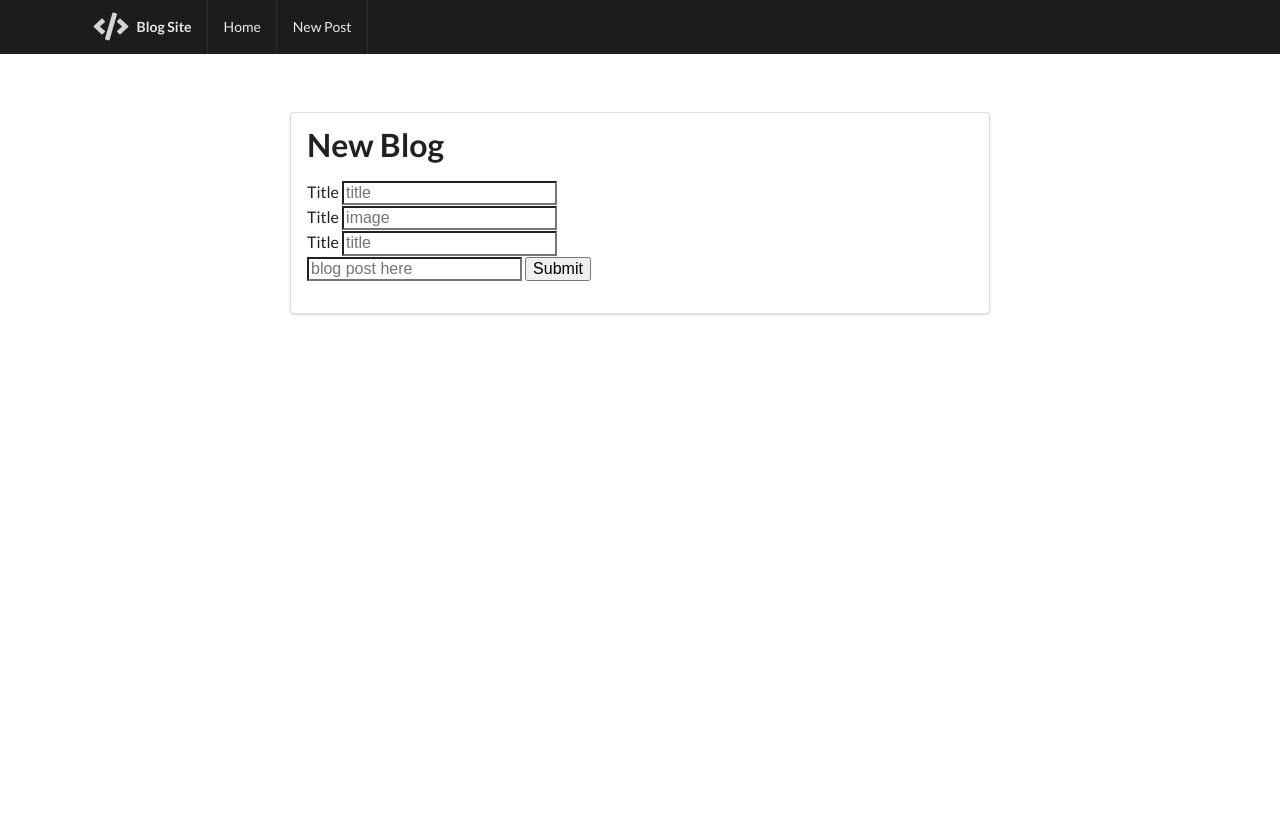
Repository: HuakunShen/LearnWeb
Page: http://localhost/blogs/new
The author's editor kept a record of every edit. The page is drawn from the files as they stood at one moment, then again after the next edit.
The browser window is 1280 px wide. The pictures show the whole page.
The page is served by the project's Node server (BlogApp/app.js).

Above is the page before.

### workspace/BlogApp/views/new.ejs
<% include ./partials/header %>
<div class="ui main text container segment">
    <div class="ui huge header">New Blog</div>
    <form action="/blogs" method="POST">
        <div class="field">
            <label>Title</label>
            <input type="text" name="blog[title]" placeholder="title">
        </div>
        <div class="field">
            <label>Title</label>
            <input type="text" name="blog[image]" placeholder="image">
        </div>
        <div class="field">
            <label>Title</label>
            <input type="text" name="blog[title]" placeholder="title">
        </div>

        <input type="text" name="blog[body]" placeholder="blog post here">
        <input type="submit">
    </form>
</div>

<% include ./partials/header %>

### workspace/BlogApp/views/partials/header.ejs
<html>
    <head>
        <title>Blog App</title>
        <link rel="stylesheet" href="https://cdnjs.cloudflare.com/ajax/libs/semantic-ui/2.4.1/semantic.min.css" />
        <link rel="stylesheet" type="text/css" href="/stylesheets/app.css">

    </head>
    <body>
        <div class="ui fixed inverted menu">
            <div class="ui container">
                <div class="header item"><i class="code icon"></i>Blog Site</div>
                <a href="/" class="item">Home</a>
                <a href="/blogs/new" class="item">New Post</a>
            </div>

        </div>

### workspace/BlogApp/app.js
const express = require("express"),
app = express(),
methodOverride = require("method-override"),
bodyParser = require("body-parser"),
mongoose = require("mongoose");

mongoose.connect("mongodb://localhost:27017/blog_app", { useNewUrlParser: true });
app.set("view engine", "ejs");
app.use(express.static("public"));
// app.use('/public', express.static("public"));
app.use(bodyParser.urlencoded({extended: true}));
app.use(methodOverride("_method"));

//Mongoose model config
const blogSchema = new mongoose.Schema({
    title: String,
    image: String,
    body: String,
    created: {type: Date, default: Date.now}
});

const Blog = mongoose.model("Blog", blogSchema);

// Blog.create({
//     title: "Motor",
//     image: "https://images.unsplash.com/photo-1558981420-bf351ce8e3ca?ixlib=rb-1.2.1&ixid=eyJhcHBfaWQiOjEyMDd9&auto=format&fit=crop&w=600&q=60",
//     body: "Hello Motor"
// });



// RESTful Routes
app.get("/", function(req, res){
    res.redirect("/blogs");
});

// Index Route
app.get("/blogs", function(req, res){
    Blog.find({}, function(err, blogs){
        if(err){
            console.log("Error!");
        } else {
            res.render("index", {blogs: blogs});
        }
    });
});

//New Route
app.get("/blogs/new", function(req, res){
    res.render("new");
});

// Create Route
app.post("/blogs", function(req, res){
    // create blog
    Blog.create(req.body.blog, function(err, newBlog){
        if(err) {
            res.render("new");
        } else {
            res.redirect("/blogs");
        }
    });
});

//Show Route
app.get("/blogs/:id", function(req, res) {
    Blog.findById(req.params.id, function(err, foundBlog){
        if(err) {
            res.redirect("/blogs");
        } else {
            res.render("show", {blog: foundBlog});
        }
    })
});

// Edit Route
app.get("/blogs/:id/edit", function(req, res){
    Blog.findById(req.params.id, function(err, foundBlog){
        if(err) {
            res.redirect("/blogs");
        } else {
            res.render("edit", {blog: foundBlog});
        }
    });
});

// Update Route
app.put("/blogs/:id", function(req, res){
    Blog.findByIdAndUpdate(req.params.id, req.body.blog, function(err, updatedBlog){
        if(err) {
            res.redirect("/blogs");
        } else {
            res.redirect("/blogs/" + req.params.id);
        }
    })
});

//Destroy Route
app.delete("/blogs/:id", function(req, res){
    // destroy blog
    Blog.findByIdAndRemove(req.params.id, function(err){
        if(err){
            res.redirect("/blogs");
        } else {
            res.redirect("/blogs");
        }
    })
    // redirect
});








app.listen(process.env.PORT, process.env.IP, function() {
    console.log("Server is Running");
});

### workspace/BlogApp/public/stylesheets/app.css
i.icon {
    font-size: 2em;
}

.container.main {
    margin-top: 7.0em;
}

#delete {
    display: inline;
}

After the next edit:
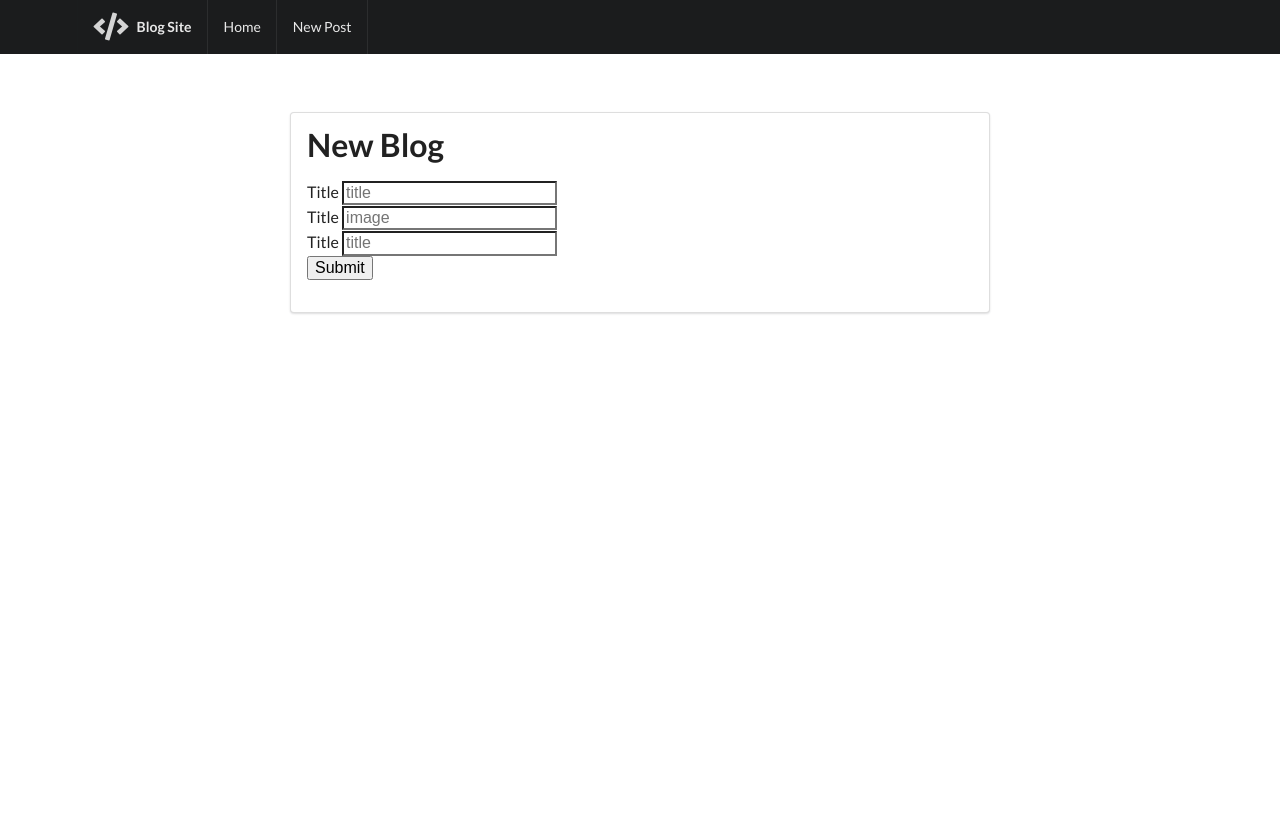
The edit:
--- a/workspace/BlogApp/views/new.ejs
+++ b/workspace/BlogApp/views/new.ejs
@@ -15,7 +15,7 @@
             <input type="text" name="blog[title]" placeholder="title">
         </div>
 
-        <input type="text" name="blog[body]" placeholder="blog post here">
+
         <input type="submit">
     </form>
 </div>
